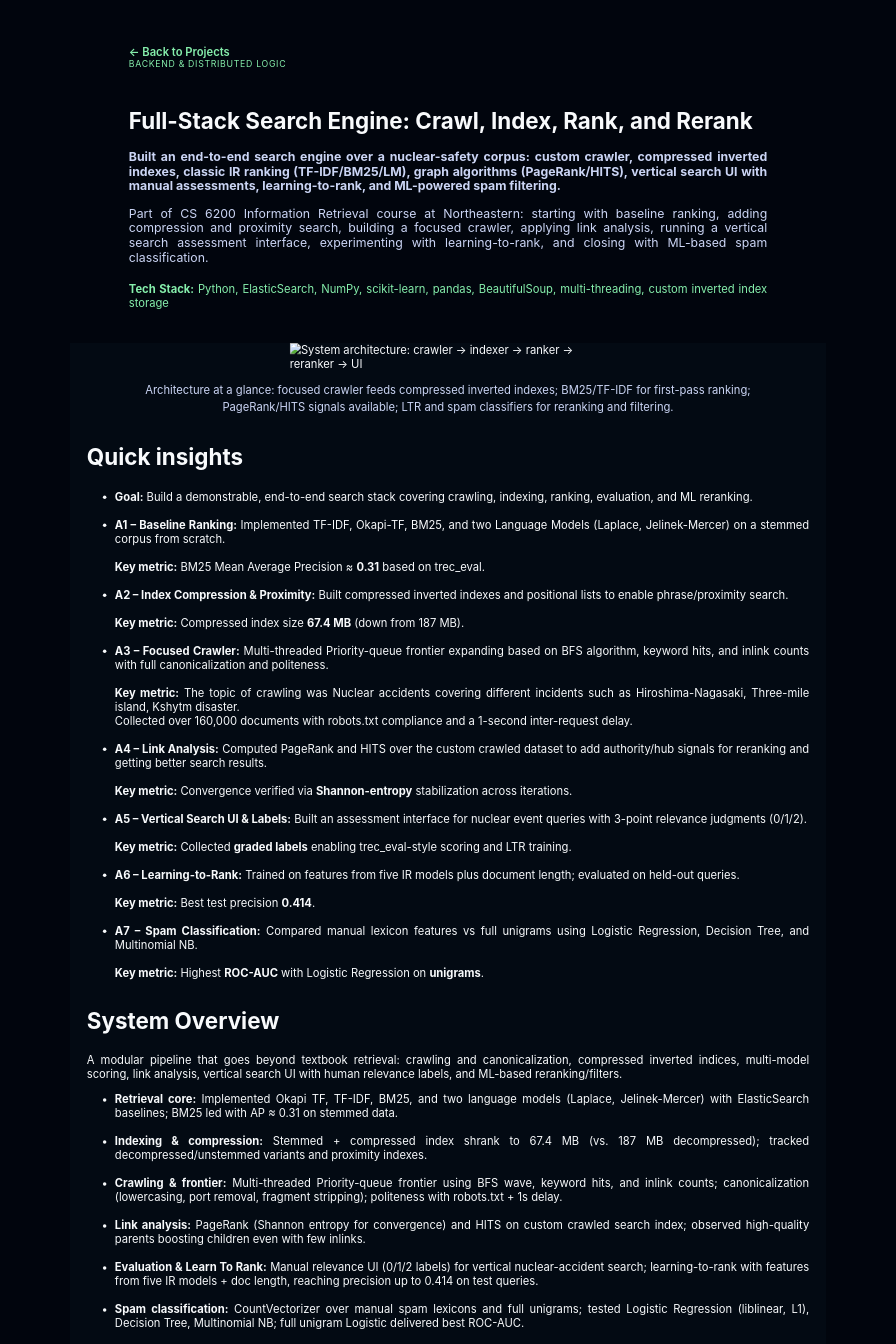
Repository: Abdulaziz-04/Abdulaziz-04.github.io
Page: deepdives/backend_systems/search_engine/search_engine.html
An editor plug-in stored every save of this project. The page is shown before and after the next save, followed by the edit.
The browser window is 1280 px wide. The pictures show the part of the page from y = 0 to 1920 px (the page is 4562 px tall before and 4542 px after), at 70% of full size.
A picture or video elsewhere on the page could not be fetched, so the positions and the page height are approximate.

Above is the page before, as saved 2025-11-21 19:28:10.
Not found: deepdives/backend_systems/search_engine/images/flow_1.png

### deepdives/backend_systems/search_engine/search_engine.html
<!DOCTYPE html>
<html lang="en">
  <head>
    <meta charset="UTF-8" />
    <meta name="viewport" content="width=device-width, initial-scale=1" />
    <title>Full-Stack Search Engine: Crawl, Index, Rank, and Rerank</title>
    <link rel="stylesheet" href="../../../assets/css/styles.css" />
  </head>

  <body class="project-detail-page">
    <header class="detail-hero">
      <a class="category-back" href="../../../projects/backend_systems.html">
        &larr; Back to Projects
      </a>

      <p
        class="category-pill"
        onclick="window.location.href='../../../projects/backend_systems.html'"
      >
        Backend &amp; Distributed Logic
      </p>
      <br />

      <h1>Full-Stack Search Engine: Crawl, Index, Rank, and Rerank</h1>

      <p class="detail-summary">
        <b>
          Built an end-to-end search engine over a nuclear-safety corpus: custom
          crawler, compressed inverted indexes, classic IR ranking
          (TF-IDF/BM25/LM), graph algorithms (PageRank/HITS), vertical search UI
          with manual assessments, learning-to-rank, and ML-powered spam
          filtering.
        </b>
      </p>

      <p class="detail-summary">
        Part of CS 6200 Information Retrieval course at Northeastern: starting
        with baseline ranking, adding compression and proximity search, building
        a focused crawler, applying link analysis, running a vertical search
        assessment interface, experimenting with learning-to-rank, and closing
        with ML-based spam classification.
      </p>

      <ul class="detail-meta">
        <li>
          <strong>Tech Stack:</strong>
          Python, ElasticSearch, NumPy, scikit-learn, pandas, BeautifulSoup,
          multi-threading, custom inverted index storage
        </li>
      </ul>
    </header>

    <main class="section detail-content">
      <!-- HERO IMAGE -->
      <section class="detail-section detail-hero-gif">
        <figure class="gallery-item gallery-item--wide">
          <img
            src="./images/flow_1.png"
            alt="System architecture: crawler → indexer → ranker → reranker → UI"
            style="
              display: block;
              margin: 0 auto;
              max-width: 47.5%;
              height: auto;
            "
          />
          <figcaption style="text-align: center">
            Architecture at a glance: focused crawler feeds compressed inverted
            indexes; BM25/TF-IDF for first-pass ranking; PageRank/HITS signals
            available; LTR and spam classifiers for reranking and filtering.
          </figcaption>
        </figure>
      </section>

      <!-- QUICK INSIGHTS -->
      <section class="detail-section">
        <h2>Quick insights</h2>
        <ul class="psr-list">
          <li>
            <strong>Goal:</strong>
            Build a demonstrable, end-to-end search stack covering crawling,
            indexing, ranking, evaluation, and ML reranking.
          </li>
          <br />
          <li>
            <strong>A1 – Baseline Ranking:</strong> Implemented TF-IDF,
            Okapi-TF, BM25, and two Language Models (Laplace, Jelinek-Mercer) on
            a stemmed corpus from scratch. <br /><br />
            <b>Key metric:</b> BM25 Mean Average Precision ≈ <b>0.31</b> based
            on trec_eval.
          </li>
          <br />
          <li>
            <strong>A2 – Index Compression &amp; Proximity:</strong> Built
            compressed inverted indexes and positional lists to enable
            phrase/proximity search. <br /><br />
            <b>Key metric:</b> Compressed index size <b>67.4&nbsp;MB</b> (down
            from 187&nbsp;MB).
          </li>
          <br />
          <li>
            <strong>A3 – Focused Crawler:</strong> Multi-threaded Priority-queue
            frontier expanding based on BFS algorithm, keyword hits, and inlink
            counts with full canonicalization and politeness. <br /><br />
            <b>Key metric:</b>
            The topic of crawling was Nuclear accidents covering different
            incidents such as Hiroshima-Nagasaki, Three-mile island, Kshytm
            disaster.
            <br />
            Collected over 160,000 documents with robots.txt compliance and a
            1-second inter-request delay.
          </li>
          <br />
          <li>
            <strong>A4 – Link Analysis:</strong> Computed PageRank and HITS over
            the custom crawled dataset to add authority/hub signals for
            reranking and getting better search results. <br />
            <br />
            <b>Key metric:</b> Convergence verified via
            <b>Shannon-entropy</b> stabilization across iterations.
          </li>
          <br />
          <li>
            <strong>A5 – Vertical Search UI &amp; Labels:</strong> Built an
            assessment interface for nuclear event queries with 3-point
            relevance judgments (0/1/2). <br />
            <br />
            <b>Key metric:</b> Collected <b>graded labels</b> enabling
            trec_eval-style scoring and LTR training.
          </li>
          <br />
          <li>
            <strong>A6 – Learning-to-Rank:</strong> Trained on features from
            five IR models plus document length; evaluated on held-out queries.
            <br />
            <br />
            <b>Key metric:</b> Best test precision <b>0.414</b>.
          </li>
          <br />
          <li>
            <strong>A7 – Spam Classification:</strong> Compared manual lexicon
            features vs full unigrams using Logistic Regression, Decision Tree,
            and Multinomial NB. <br />
            <br />
            <b>Key metric:</b> Highest <b>ROC-AUC</b> with Logistic Regression
            on <b>unigrams</b>.
          </li>
        </ul>
      </section>

      <!-- SYSTEM OVERVIEW -->
      <section class="detail-section">
        <h2>System Overview</h2>
        <p>
          A modular pipeline that goes beyond textbook retrieval: crawling and
          canonicalization, compressed inverted indices, multi-model scoring,
          link analysis, vertical search UI with human relevance labels, and
          ML-based reranking/filters.
        </p>

        <ul>
          <li>
            <b>Retrieval core:</b>
            Implemented Okapi TF, TF-IDF, BM25, and two language models
            (Laplace, Jelinek-Mercer) with ElasticSearch baselines; BM25 led
            with AP ≈ 0.31 on stemmed data.
          </li>
          <br />
          <li>
            <b>Indexing &amp; compression:</b>
            Stemmed + compressed index shrank to 67.4 MB (vs. 187 MB
            decompressed); tracked decompressed/unstemmed variants and proximity
            indexes.
          </li>
          <br />
          <li>
            <b>Crawling &amp; frontier:</b>
            Multi-threaded Priority-queue frontier using BFS wave, keyword hits,
            and inlink counts; canonicalization (lowercasing, port removal,
            fragment stripping); politeness with robots.txt + 1s delay.
          </li>
          <br />
          <li>
            <b>Link analysis:</b>
            PageRank (Shannon entropy for convergence) and HITS on custom
            crawled search index; observed high-quality parents boosting
            children even with few inlinks.
          </li>
          <br />
          <li>
            <b>Evaluation &amp; Learn To Rank:</b>
            Manual relevance UI (0/1/2 labels) for vertical nuclear-accident
            search; learning-to-rank with features from five IR models + doc
            length, reaching precision up to 0.414 on test queries.
          </li>
          <br />
          <li>
            <b>Spam classification:</b>
            CountVectorizer over manual spam lexicons and full unigrams; tested
            Logistic Regression (liblinear, L1), Decision Tree, Multinomial NB;
            full unigram Logistic delivered best ROC-AUC.
          </li>
        </ul>
      </section>

      <!-- RESPONSE EXAMPLES GALLERY -->
      <section class="detail-section detail-gallery">
        <h2>Sample outputs</h2>
        <div class="gallery-row gallery-row--two">
          <figure class="gallery-item">
            <a href="./images/search-results-placeholder.png" target="_blank">
              <img
                src="./images/search-results-placeholder.png"
                alt="Search results list with highlights and BM25 scores"
              />
            </a>
            <figcaption>
              BM25-ranked results with snippet highlights and scores.
            </figcaption>
          </figure>

          <figure class="gallery-item">
            <a href="./images/index-stats-placeholder.png" target="_blank">
              <img
                src="./images/index-stats-placeholder.png"
                alt="Index size comparison: compressed vs decompressed"
              />
            </a>
            <figcaption>
              Index size and proximity index metrics (67.4 MB compressed vs. 187
              MB decompressed stemmed).
            </figcaption>
          </figure>
        </div>

        <div class="gallery-row gallery-row--two">
          <figure class="gallery-item">
            <a href="./images/ltr-placeholder.png" target="_blank">
              <img
                src="./images/ltr-placeholder.png"
                alt="Learning-to-rank precision chart"
              />
            </a>
            <figcaption>
              Learning-to-rank precision curve; best test precision 0.414.
            </figcaption>
          </figure>

          <figure class="gallery-item">
            <a href="./images/spam-roc-placeholder.png" target="_blank">
              <img
                src="./images/spam-roc-placeholder.png"
                alt="ROC curve for spam classifier"
              />
            </a>
            <figcaption>
              Spam classifier ROC-AUC: Logistic with full unigrams leads.
            </figcaption>
          </figure>
        </div>
      </section>

      <!-- ARCHITECTURE & DESIGN -->
      <section class="detail-section">
        <h2>Architecture and design choices</h2>
        <p>
          Designed to showcase both IR fundamentals and practical trade-offs:
          efficiency (compression, proximity), relevance (BM25 vs LM), authority
          (PageRank/HITS), and learning-based reranking.
        </p>

        <ul>
          <li>
            <b>Index variants:</b>
            Stemmed/unstemmed, compressed/decompressed; proximity lists for
            phrase queries (proximity Average Precision: 0.2313 for stemmed and
            0.1814 for unstemmed).
          </li>
          <br />
          <li>
            <b>Candidate generation:</b>
            Heap-based top-k retrieval; doc-length normalized and cached;
            multilingual stopword handling via ElasticSearch analyzers.
          </li>
          <br />
          <li>
            <b>Link signals:</b>
            PageRank on merged crawled index; HITS hubs/authorities skewed
            toward Wikipedia for topical queries, improving diversity over
            PageRank.
          </li>
          <br />
          <li>
            <b>Assessment loop:</b>
            Vertical search UI captures 3-point relevance labels (0/1/2) per
            result; stored as space-separated text for trec_eval-style scoring.
          </li>
          <br />
          <li>
            <b>LTR features:</b>
            Five IR scores (TF-IDF, Okapi-TF, BM25, Laplace, JM) + doc length;
            per-query split via random shuffle; balanced train/test precision.
          </li>
          <br />
          <li>
            <b>Spam pipeline:</b>
            Manual spam lexicon vs. full unigrams; CountVectorizer sparse
            matrices; compared Logistic, Decision Tree, Multinomial NB; unigrams
            outperformed manual lists, highlighting feature coverage.
          </li>
        </ul>
      </section>

      <!-- EDGE CASES & ROBUSTNESS -->
      <section class="detail-section">
        <h2>Edge cases and robustness</h2>
        <p>
          Focused on correctness and resilience across crawling, parsing, and
          scoring.
        </p>

        <ul>
          <li>
            <b>Canonicalization &amp; politeness:</b>
            Lowercasing, port stripping, fragment removal, duplicate slash
            cleanup; robots.txt honored; 1s inter-request delay; single-request
            per URL guard.
          </li>
          <br />
          <li>
            <b>Frontier fairness:</b>
            Priority queue blends BFS wave number, keyword hits, and inlink
            counts to avoid topic drift and reward authoritative seeds.
          </li>
          <br />
          <li>
            <b>Query parsing:</b>
            Token normalization, length normalization; language models tuned for
            sensitivity; BM25 for stability on sparse queries.
          </li>
          <br />
          <li>
            <b>Assessment UX:</b>
            Relevance dropdown prevents empty labels; results persisted on
            submit; clickable URLs to verify content before rating.
          </li>
          <br />
          <li>
            <b>Model sanity checks:</b>
            Compared manual spam features vs. full vocab to avoid underfitting;
            monitored over/underfit via precision bounds.
          </li>
        </ul>
      </section>

      <!-- SCALING & FUTURE ENHANCEMENTS -->
      <section class="detail-section">
        <h2>Scaling and future enhancements</h2>
        <p>Ready to grow from coursework to production-grade demo.</p>

        <ul>
          <li>
            <b>Sharding &amp; cache:</b>
            Shard the index by domain/time; add postings and query result cache
            (Redis) to reduce P95 latency.
          </li>
          <br />
          <li>
            <b>Reranking depth:</b>
            Introduce XGBoost with expanded features (PageRank, HITS, click
            priors) and cross-validation over query folds.
          </li>
          <br />
          <li>
            <b>Quality signals:</b>
            Add autocomplete with prefix tries, spell correction via k-grams and
            snippet generator with positional windows.
          </li>
          <br />
          <li>
            <b>Deployment:</b>
            Containerize crawler, indexer, API, and UI; use docker-compose for a
            single-node demo; add health checks and telemetry.
          </li>
          <br />
          <li>
            <b>Spam hardening:</b>
            Add character n-grams for obfuscation, URL reputation features, and
            threshold tuning for precision/recall trade-offs.
          </li>
        </ul>
      </section>

      <!-- IMPACT & LEARNINGS -->
      <section class="detail-section detail-impact">
        <h2>Impact and learnings</h2>
        <ul>
          <li>
            <b>IR depth:</b>
            Got the opportunity to design ElasticSearch from scratch and
            hands-on with classic retrieval models, proximity, compression, and
            graph algorithms, understanding when BM25 beats LMs and how link
            signals diversify results.
          </li>
          <br />
          <li>
            <b>Evaluation mindset:</b>
            Built a full relevance loop: manual labels, trec_eval metrics,
            precision tracking, and feature-driven LTR gains.
          </li>
          <br />
          <li>
            <b>ML integration:</b>
            Combined sparse text features with traditional IR scores; compared
            manual heuristics vs. data-driven vocabularies for spam detection.
          </li>
          <br />
          <li>
            <b>Systems thinking:</b>
            From crawling politeness to storage trade-offs, every stage is
            modular and independently testable for clearer scaling paths.
          </li>
        </ul>
      </section>
    </main>
  </body>
</html>

Loaded but not shown: assets/css/styles.css (941 lines, source omitted)

After the next save:
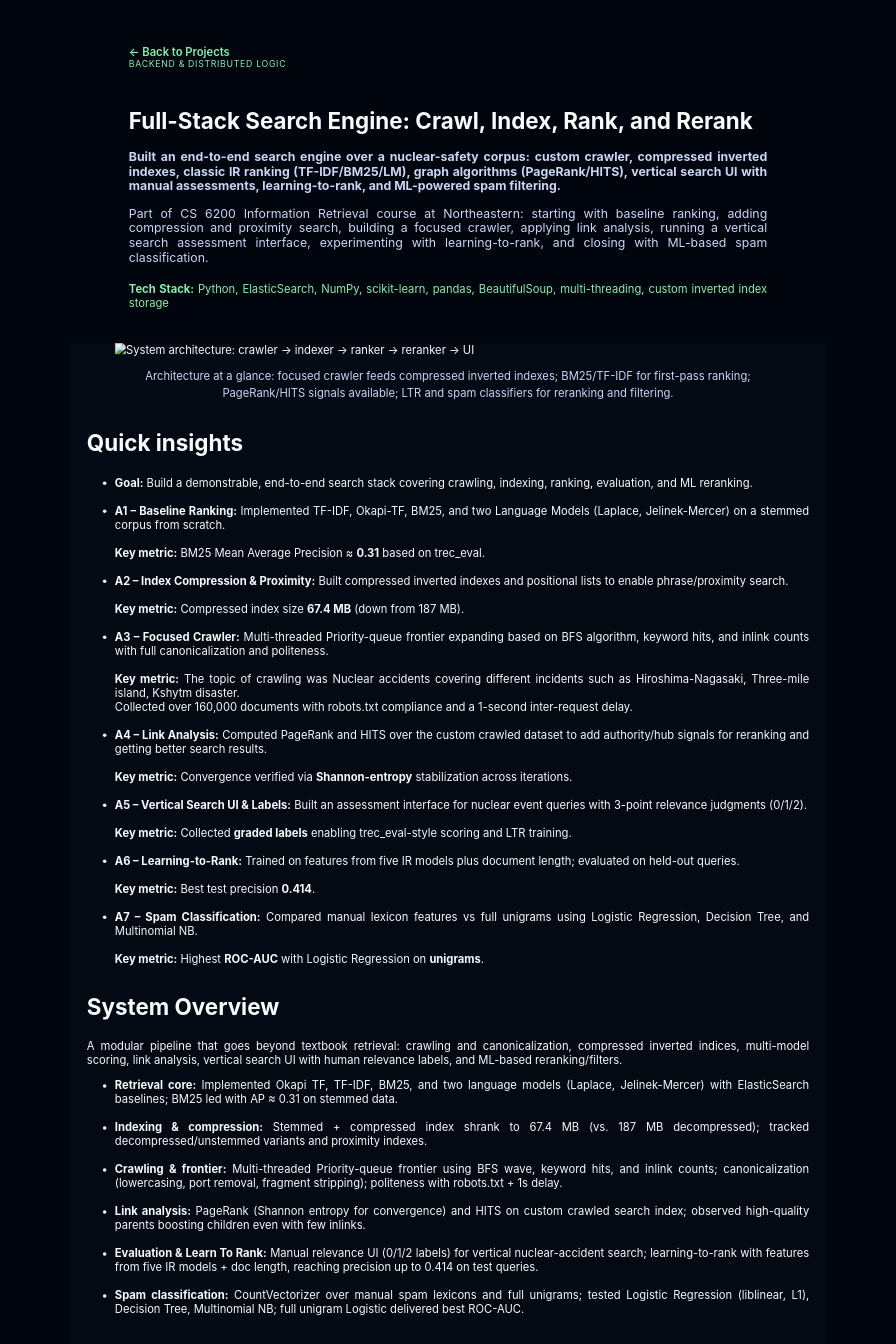
Not found: deepdives/backend_systems/search_engine/images/flow_2.png
Saved 3 min 21 s later.
--- a/deepdives/backend_systems/search_engine/search_engine.html
+++ b/deepdives/backend_systems/search_engine/search_engine.html
@@ -55,13 +55,14 @@
       <section class="detail-section detail-hero-gif">
         <figure class="gallery-item gallery-item--wide">
           <img
-            src="./images/flow_1.png"
+            src="./images/flow_2.png"
             alt="System architecture: crawler → indexer → ranker → reranker → UI"
             style="
               display: block;
               margin: 0 auto;
-              max-width: 47.5%;
-              height: auto;
+              width: 100%;
+              max-width: 100%;
+              height: 200%;
             "
           />
           <figcaption style="text-align: center">
